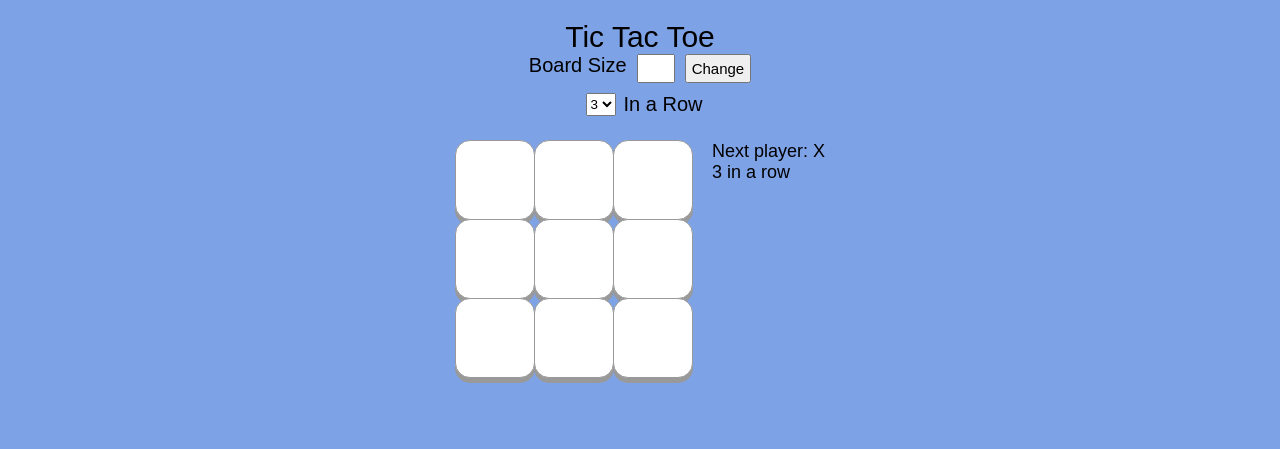
Repository: yshong211/tic-tac-toe-0708
Page: /
These files come from the project's save history. The page is drawn as it stood at one moment and after a run of saves; the edit follows.
The browser window is 1280 px wide. The pictures show the whole page.
The project was rebuilt for these pictures with package versions that can differ from the ones it lists, and the page was loaded fresh each time.

Above is the page before, as saved 2020-07-09 10:21:26.

### src/index.jsx
import React from 'react';
import ReactDOM from 'react-dom';
import './index.css';
import GetDim from './components/getDim/getDim';

// ========================================

// renders the game component to element

ReactDOM.render(<GetDim />, document.getElementById('root'));

### src/index.css
body {
  font: 18px 'Century Gothic', Futura, sans-serif; /* size, font */
  margin: 20px; /* space outside of border */
  background-color: rgb(126, 162, 230);
}

form {
  margin-bottom: 20px;
}

ol,
ul {
  padding-left: 30px; /* space b/t left border to content */
}

.board-row:after {
  clear: both;
  content: '';
  display: table;
}

.status {
  margin-bottom: 10px;
}


.square:focus {
  outline: none;
}

.kbd-navigation .square:focus {
  background: #ddd;
}

### src/components/getDim/getDim.jsx
import React from 'react';
import Game from '../game/game';
import './getDim.css';

export default class GetDim extends React.Component {
  constructor(props) {
    super(props);
    this.state = { rows: 3, winning: 3, board: [] };
    this.handleInputChange = this.handleInputChange.bind(this);
    this.handleClick = this.handleClick.bind(this);
  }

  handleInputChange(event) {
    const value = event.target.value;
    const name = event.target.name;
    this.setState({
      [name]: value,
    });
  }

  handleClick(e) {
    e.preventDefault();
    if (window.confirm('It will refresh the game! Continue?')) {
      if (this.refs.rows.value < 3 || this.refs.rows.value > 10) {
        alert('3-10 only');
      } else {
        this.setState({
          rows: this.refs.rows.value,
          board: [],
        });
      }
    }
  }

  how_many(rows) {
    let how = [];
    for (let i = 3; i <= rows; i++) {
      how.push(<option value={i}>{i}</option>);
    }
    return how;
  }

  render() {
    return (
      <div className="submission">
        <div className="game_name">Tic Tac Toe</div>
        <form>
          <label className="size">
            Board Size
            <br />
            <input ref="rows" type="number" />
            <button
              className="submit"
              onClick={(e) => {
                this.handleClick(e);
              }}
            >
              Change
            </button>
          </label>
        </form>

        <label className="win">
          <select
            className="win_select"
            name="winning"
            value={this.state.winning}
            onChange={this.handleInputChange}
          >
            {this.how_many(this.state.rows)}
          </select>
          In a Row
          <br />
        </label>

        <Game
          rows={parseInt(this.state.winning)}
          board_rows={parseInt(this.state.rows)}
          board={this.state.board}
        />
      </div>
    );
  }
}

### src/components/game/game.jsx
import React from 'react';
import Board from '../board/board';
import './game.css';

export default class Game extends React.Component {
  constructor(props) {
    super(props);
    this.state = {
      history: [], // track the last index
      stepNumber: 0, // count var
      xIsNext: true,
    };
  }

  hor(squares, row_length, count, x, o) {
    let index = 0;
    for (let i = 0; i < this.props.board_rows; i++) {
      for (let j = 0; j < this.props.board_rows; j++) {
        if (squares[index] === 'X') {
          x++;
          o = 0;
          count++;
        } else if (squares[index] === 'O') {
          o++;
          x = 0;
          count++;
        } else {
          count = 0;
        }
        index++;
        if (o >= row_length && count >= row_length) {
          return 'O';
        }
        if (x >= row_length && count >= row_length) {
          return 'X';
        }
      }
      x = 0;
      o = 0;
    }
  }

  vert(squares, row_length, count, x, o) {
    for (let i = 0; i < this.props.board_rows; i++) {
      for (
        let j = i;
        j < this.props.board_rows ** 2;
        j += this.props.board_rows
      ) {
        if (squares[j] === 'X') {
          x++;
          o = 0;
          count++;
        } else if (squares[j] === 'O') {
          o++;
          x = 0;
          count++;
        } else {
          count = 0;
        }
        if (o >= row_length && count >= row_length) {
          return 'O';
        }
        if (x >= row_length && count >= row_length) {
          return 'X';
        }
      }
      x = 0;
      o = 0;
    }
  }

  cross(squares, row_length, count, x, o) {
    //let track = 1;
    //let rows = this.props.board_rows;
    for (let i = row_length - 1; i < row_length ** 2 - 1; i += row_length - 1) {
      if (squares[i] === 'X') {
        x++;
      }
      if (squares[i] === 'O') {
        o++;
      }
      count++;
    }
    if (o === row_length) {
      return 'O';
    }
    if (x === row_length) {
      return 'X';
    }
    o = 0;
    x = 0;

    for (let j = row_length - 1; j < row_length ** 2 - 1; j += row_length - 1) {
      if (squares[j] === 'X') {
        x++;
      }
      if (squares[j] === 'O') {
        o++;
      }
      count++;
    }
    if (o === row_length) {
      return 'O';
    }
    if (x === row_length) {
      return 'X';
    }
    o = 0;
    x = 0;
  }

  calculateWinner(squares, rows) {
    const count = 0;
    const x = 0;
    const o = 0;
    if (
      this.hor(squares, rows, count, x, o) === 'O' ||
      this.hor(squares, rows, count, x, o) === 'X'
    ) {
      return this.hor(squares, rows, count, x, o);
    } else if (
      this.vert(squares, rows, count, x, o) === 'O' ||
      this.vert(squares, rows, count, x, o) === 'X'
    ) {
      return this.vert(squares, rows, count, x, o);
    } else if (
      this.cross(squares, rows, count, x, o) === 'O' ||
      this.cross(squares, rows, count, x, o) === 'X'
    ) {
      return this.cross(squares, rows, count, x, o);
    }

    return null;
  }

  handleClick(i) {
    const hist = this.state.history;
    const squares = this.props.board;
    const rows = this.props.rows;
    if (this.calculateWinner(squares, rows) || squares[i]) {
      // ends the game
      return;
    }
    squares[i] = this.state.xIsNext ? 'X' : 'O';
    hist.push(i);
    this.setState({
      board: squares,
      history: hist,
      stepNumber: this.state.history.length,
      xIsNext: !this.state.xIsNext, // changes turn
    });
  }

  jumpTo(history, board, step) {
    for (let i = history.length - 1; i >= step; i--) {
      board[history.pop()] = null;
    }
    this.setState({
      stepNumber: step,
      xIsNext: step % 2 === 0,
    });
  }

  render() {
    const board = this.props.board;
    const history = this.state.history;
    const rows = this.props.rows;
    const winner = this.calculateWinner(board, rows);
    const moves = history.map((step, move) => {
      const desc = move ? 'Go to move #' + move : 'Refresh';

      return (
        <li key={move}>
          <button onClick={() => this.jumpTo(history, board, move)}>
            {desc}
          </button>
        </li>
      );
    });

    let status;
    winner
      ? (status = 'Winner: ' + winner)
      : (status = 'Next player: ' + (this.state.xIsNext ? 'X' : 'O'));

    return (
      <div className="game">
        <div className="game-board">
          <Board
            rows={this.props.board_rows}
            squares={board}
            onClick={(i) => this.handleClick(i)}
          />
        </div>
        <div className="game-info">
          <div>{status}</div>
          <div>{rows} in a row</div>
          <ol>{moves}</ol>
        </div>
      </div>
    );
  }
}

### src/components/getDim/getDim.css
input {
  margin-left: 10px;
  width: 30px;
  height: 23px;
}
select {
  margin-left: 8px;
}
form {
  margin-bottom: 10px;
}
.game_name {
  font-size:30px;
  text-align: center;
}
.submit {
  margin-left: 10px;
  padding: 3px 5px;
  font-size: 15px;

}
.size {
  display: flex;
  font-size: 20px;
  justify-content: center;
}
.win {
  display: flex;
  font-size: 20px;
  justify-content: center;
  align-content: flex-start;
  padding: 0px;
  /*margin-top: 5px;*/
}
.win_select {
  margin-right: 8px;
}

### src/components/board/board.jsx
import React from 'react';
import Square from '../square/square';

export default class Board extends React.Component {
  renderSquare(i) {
    return (
      <Square
        value={this.props.squares[i]}
        onClick={() => this.props.onClick(i)}
      />
    );
  }
  create_rq(start, end) {
    let rows = [];
    for (let i = start; i < end; i++) {
      rows.push(this.renderSquare(i));
    }
    return rows;
  }
  create_row(start) {
    let board_r = [];
    for (let i = 0; i < start; i++) {
      let new_r = i * start;
      let new_end = parseInt(new_r) + parseInt(start);
      board_r.push(
        <div className="board-row">{this.create_rq(new_r, new_end)}</div>
      );
    }
    return board_r;
  }
  render() {
    return <div>{this.create_row(this.props.rows)}</div>;
  }
}

### src/components/game/game.css
.game {
    margin-top: 25px;
    display: flex;
    flex-direction: row;
    justify-content: center;
  }

  .game-info {
    margin-left: 20px;
  }

### src/components/square/square.jsx
import React from 'react';
import './square.css'

export default function Square(props) {
  return (
    <button className="square" onClick={props.onClick}>
      {props.value}
    </button>
  );
}

### src/components/square/square.css
.square {
  display: inline-block;
  background: rgb(255, 255, 255);
  border: 1px solid #999;
  float: left;
  font-size: 60px;
  cursor: pointer;
  font-weight: bold;
  line-height: 80px;
  height: 80px;
  margin-right: -1px;
  margin-top: -1px;
  padding: 0;
  text-align: center;
  width: 80px;
  border-radius: 15px;
  box-shadow: 0 5px #999;
}

.square:hover {
  background-color: #e6e6fa;
}
.square:active {
  background-color: #525252;
  box-shadow: 0 5px #666;
  transform: translateY(4px);
}

Loaded but not shown: public/index.html (common file)

After the next 2 saves:
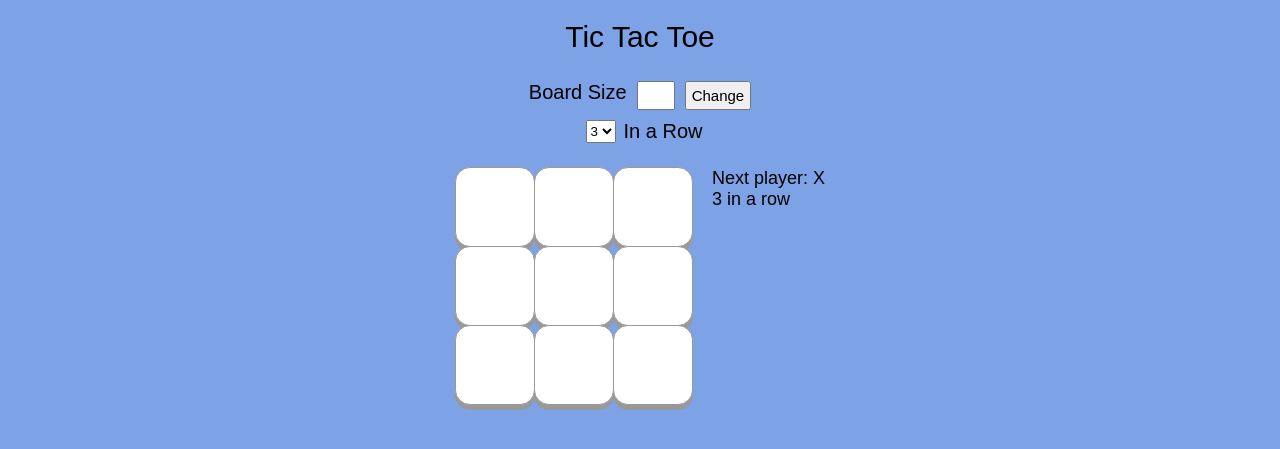
The 2 saves are shown as one change because they came seconds apart.
The last was saved 13 s later.
--- a/src/components/getDim/getDim.css
+++ b/src/components/getDim/getDim.css
@@ -12,6 +12,7 @@ form {
 .game_name {
   font-size:30px;
   text-align: center;
+  margin-bottom:27px;
 }
 .submit {
   margin-left: 10px;
